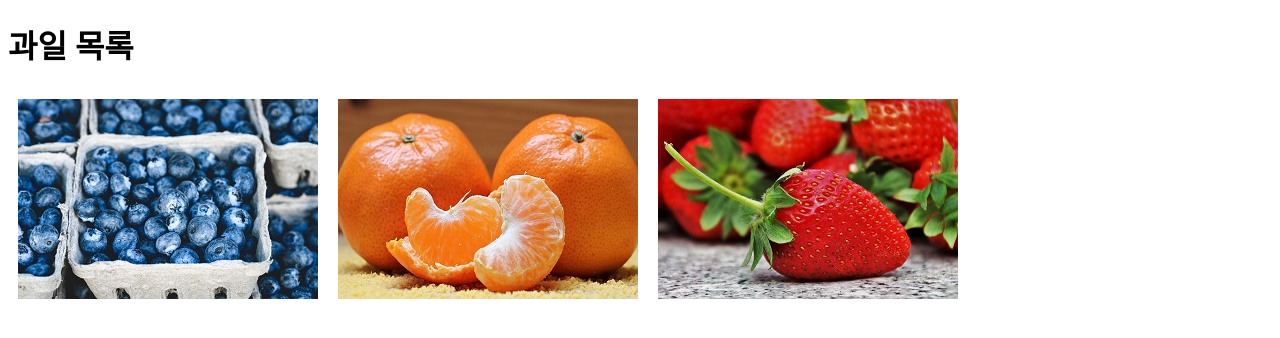
Repository: woosungtae/html_css
Page: pro01/public/a11.html
These files come from the project's save history. The page is drawn as it stood at one moment and after the next save; the edit follows.
The browser window is 1280 px wide. The pictures show the whole page.

Above is the page before, as saved 2022-12-12 07:07:33.

After the next save:
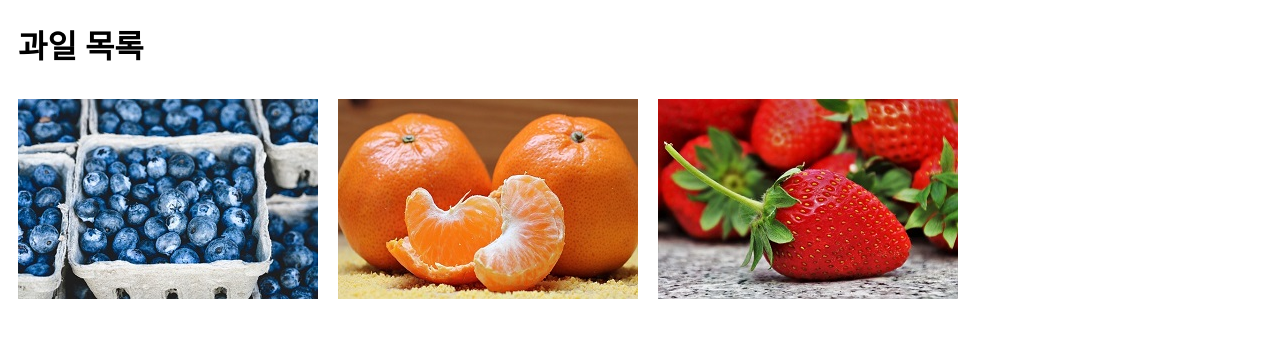
Saved 11 s later.
--- a/pro01/public/a11.html
+++ b/pro01/public/a11.html
@@ -5,7 +5,7 @@
 <title>과일 목록</title>
    <style>
    h1{
-    margin-left:auto;
+    margin-left:10px;
    }
       .prod-list{
           list-style: none;
